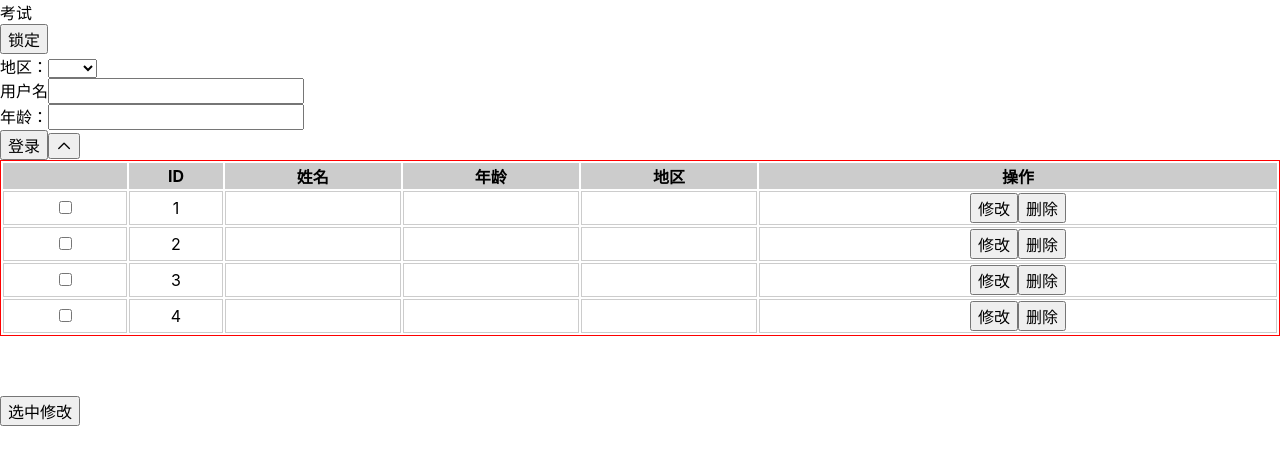
Repository: Sjl-2114/2006z
Page: / (app in A卷/vue-kaoshi/)
An editor plug-in stored every save of this project. The page is shown before and after the next save, followed by the edit.
The browser window is 1280 px wide. The pictures show the whole page.
The project was rebuilt for these pictures with package versions that can differ from the ones it lists, and the page was loaded fresh each time.

Above is the page before, as saved 2021-04-28 17:19:41.

After the next save:
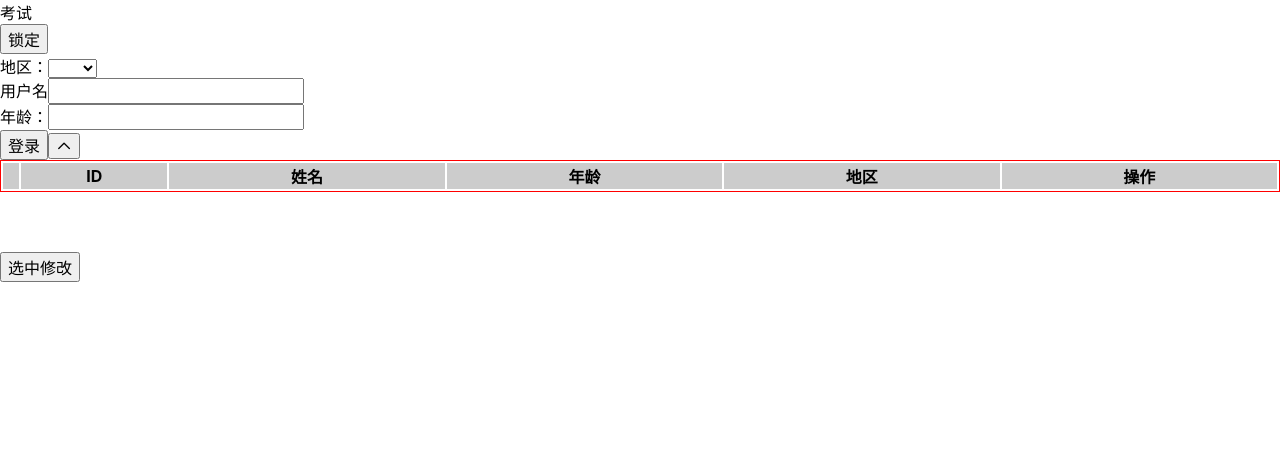
Saved 5 s later.
--- a/A卷/vue-kaoshi/src/App.vue
+++ b/A卷/vue-kaoshi/src/App.vue
@@ -41,7 +41,7 @@
         </tr>
       </thead>
       <tbody>
-        <tr v-for="(item, index) in list" :key="index">
+        <tr v-for="(item, index) in lists" :key="index">
           <td>
             <input
               type="checkbox"
